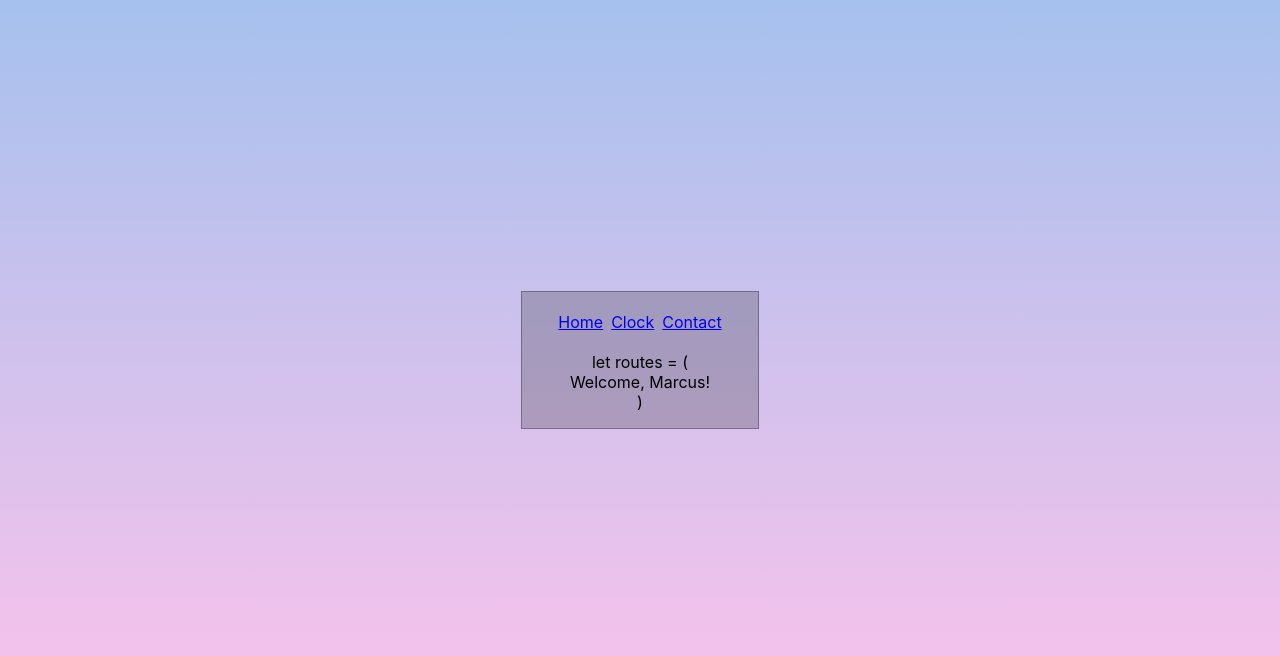
Repository: marcusmerrick/jeopardy
Page: /
The author's editor kept a copy of each file at every save. The page is drawn from the files as they stood at one save, then again after the next save.
The browser window is 1280 px wide. The pictures show the whole page.
The project was rebuilt for these pictures with package versions that can differ from the ones it lists, and the page was loaded fresh each time. A package was used in the major version that the imports need, not the one package.json lists. Also part of the build but not shown: src/Components/Clocks/Clock.js, src/Components/Contact/Contact.js.

Above is the page before, as saved 2020-08-13 15:10:41.

After the next save:
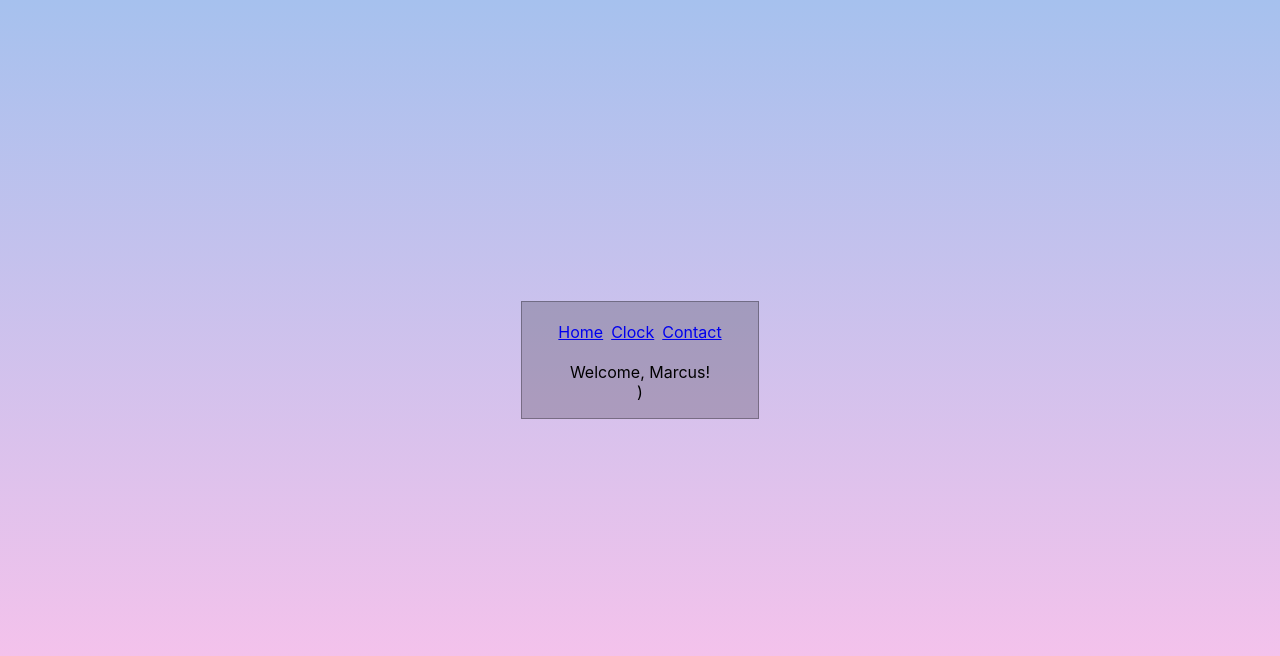
Saved 26 s later.
--- a/src/App.js
+++ b/src/App.js
@@ -11,7 +11,7 @@ function App() {
 
     <Navigation />
      {/* define our routes */}
-     let routes = (
+
      <Switch>
       <Route
           exact
